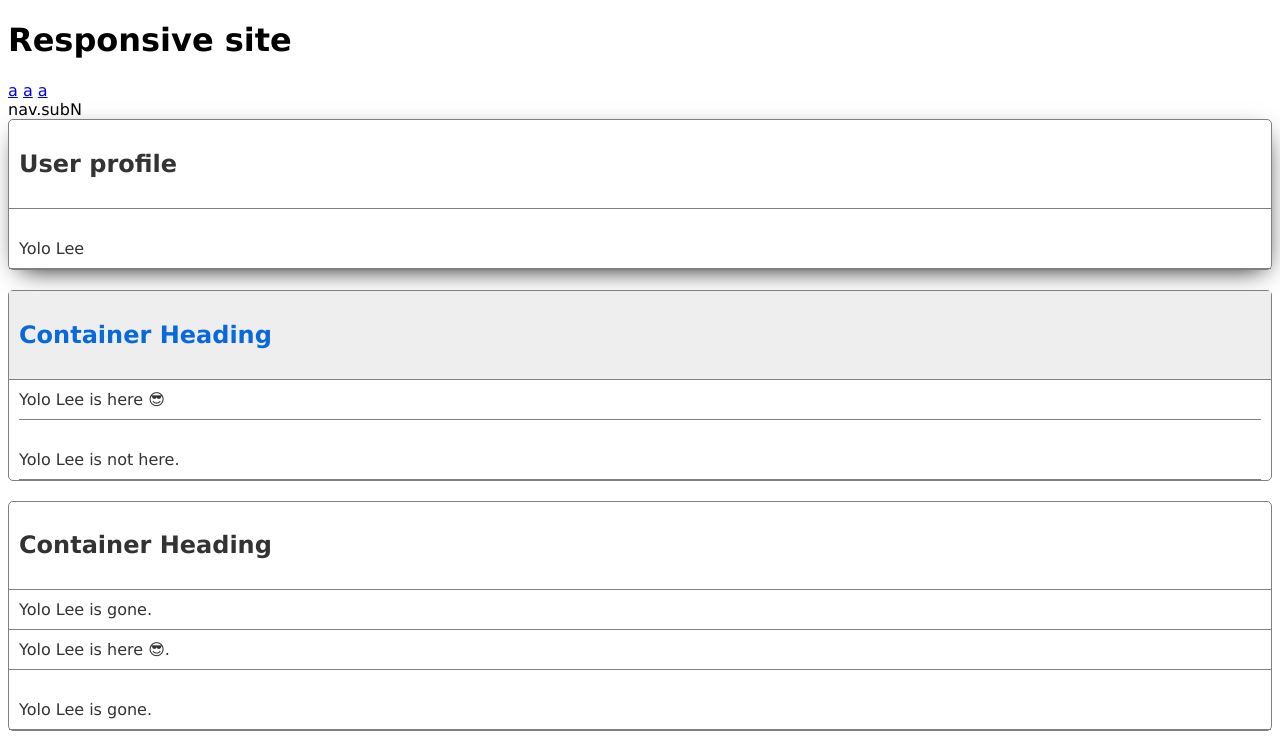
Repository: HyunJunggggg/MDIA2109
Page: inclass/week6/index.html
An editor plug-in stored every save of this project. The page is shown before and after a run of saves, followed by the edit.
The browser window is 1280 px wide. The pictures show the whole page.

Above is the page before, as saved 2025-02-13 15:29:28.

After the next 2 saves:
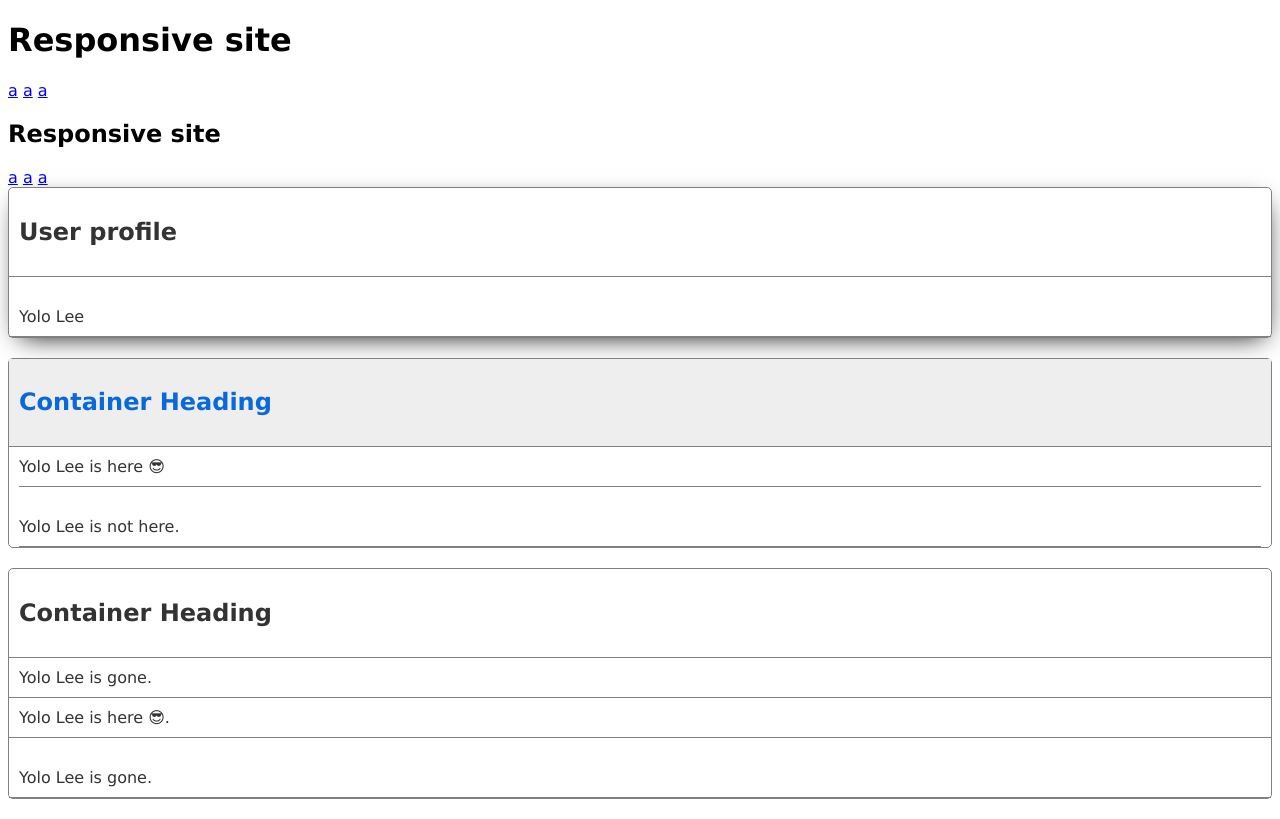
The 2 saves are shown as one change because they came seconds apart.
The last was saved 8 s later.
--- a/inclass/week6/index.html
+++ b/inclass/week6/index.html
@@ -15,7 +15,14 @@
   <a class="page--header--link"href="/">a</a>
   </header>
 
-  nav.subN
+  <nav class="sub--nav">
+    <header class="page--header">
+      <h1 class="page--header--title">Responsive site</h1>
+      <a class="page--header--link"href="/">a</a>
+      <a class="page--header--link"href="/">a</a>
+      <a class="page--header--link"href="/">a</a>
+      </header>
+  </nav>
   <section class="container container--emphasize">
     <div class="container__content">
       <h1 class="container__title">User profile</h1>

After the save that followed:
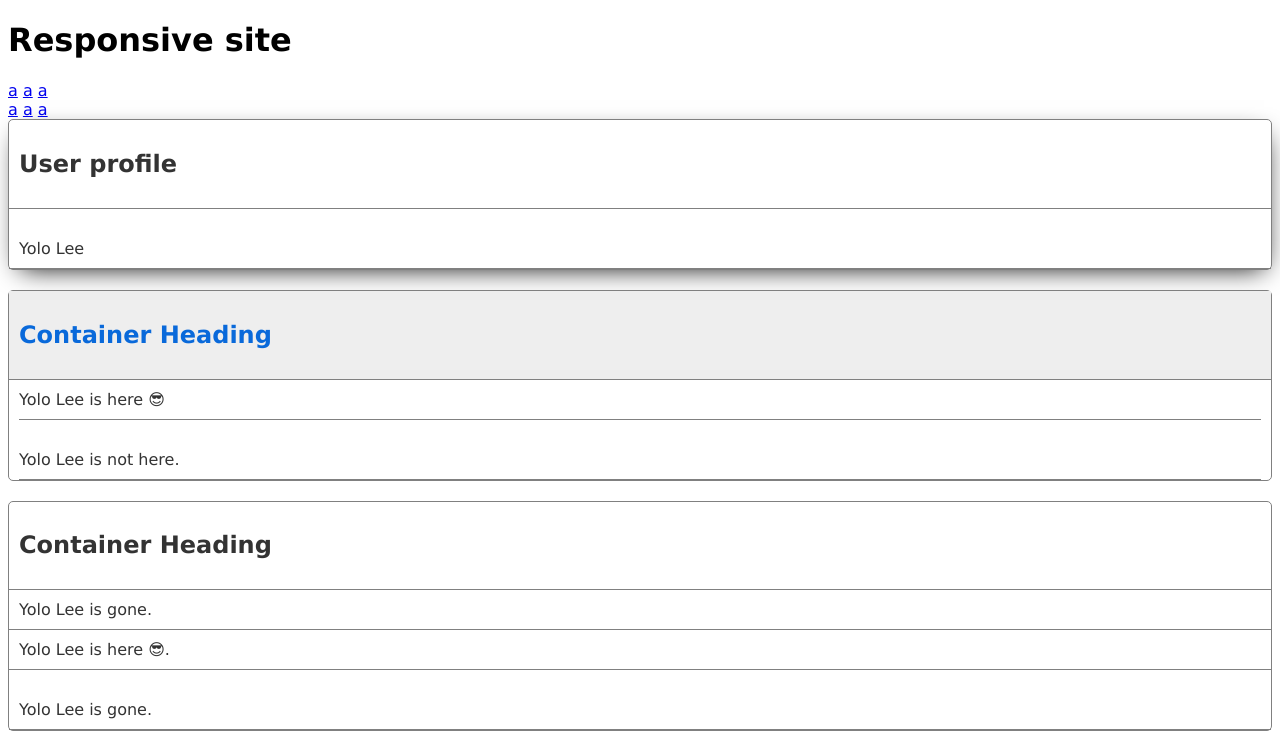
Saved 6 s later.
--- a/inclass/week6/index.html
+++ b/inclass/week6/index.html
@@ -17,7 +17,6 @@
 
   <nav class="sub--nav">
     <header class="page--header">
-      <h1 class="page--header--title">Responsive site</h1>
       <a class="page--header--link"href="/">a</a>
       <a class="page--header--link"href="/">a</a>
       <a class="page--header--link"href="/">a</a>
